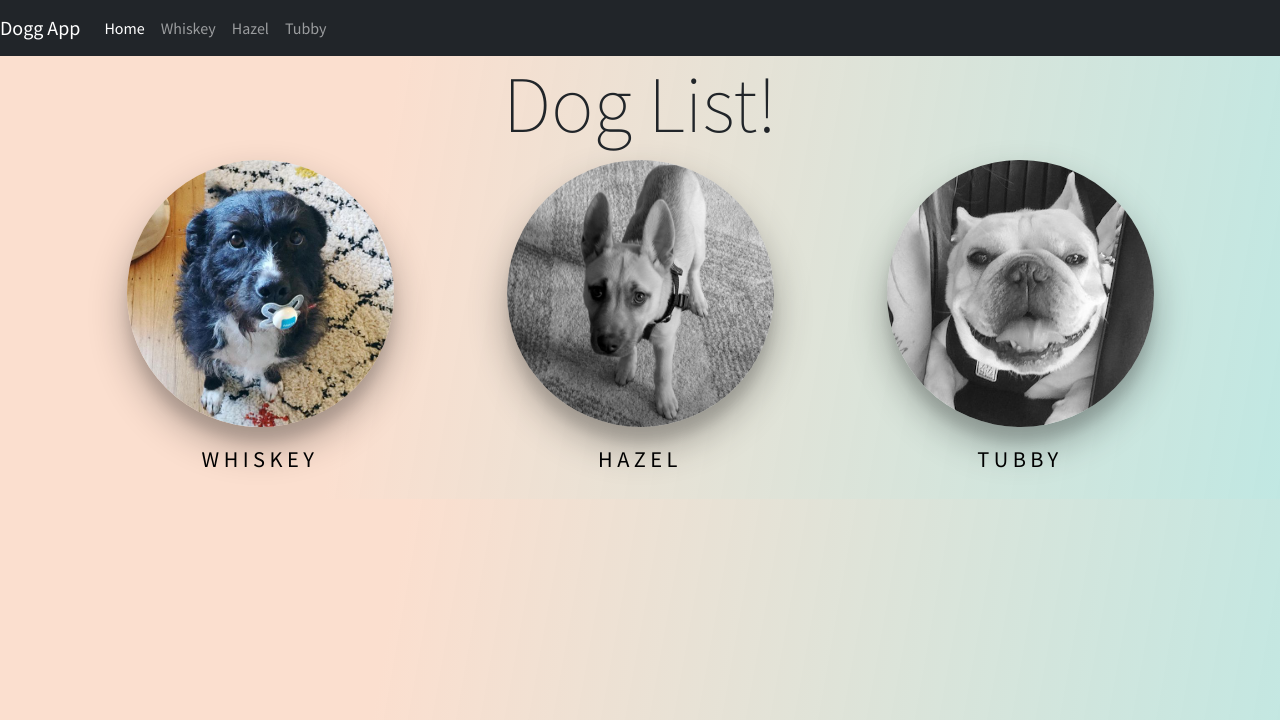
Repository: zhapar/dogs
Page: /dogs
These files come from the project's save history. The page is drawn as it stood at one moment and after a run of saves; the edit follows.
The browser window is 1280 px wide. The pictures show the whole page.
The pointer rests on the first visible `.Dog`.
The project was rebuilt for these pictures with package versions that can differ from the ones it lists, and the page was loaded fresh each time. A package was used in the major version that the imports need, not the one package.json lists. Also part of the build but not shown: src/DogDetails.js, src/App.css.

Above is the page before, as saved 2020-09-06 13:12:18.

### src/index.js
import React from "react";
import ReactDOM from "react-dom";
import "bootstrap";
import "bootstrap/dist/css/bootstrap.min.css";
import { BrowserRouter } from "react-router-dom";
import "./index.css";
import App from "./App";
import * as serviceWorker from "./serviceWorker";

ReactDOM.render(
  <React.StrictMode>
    <BrowserRouter>
      <App />
    </BrowserRouter>
  </React.StrictMode>,
  document.getElementById("root")
);

// If you want your app to work offline and load faster, you can change
// unregister() to register() below. Note this comes with some pitfalls.
// Learn more about service workers: https://bit.ly/CRA-PWA
serviceWorker.unregister();

### src/index.css
@import url('https://fonts.googleapis.com/css2?family=Source+Sans+Pro:wght@200;400&display=swap');

body {
  margin: 0;
  font-family: 'Source Sans Pro', sans-serif;
  -webkit-font-smoothing: antialiased;
  -moz-osx-font-smoothing: grayscale;
  background: linear-gradient(100deg,
      rgba(250, 215, 195, 0.8) 30%,
      #b0eae8 120%);
}

code {
  font-family: source-code-pro, Menlo, Monaco, Consolas, 'Courier New',
    monospace;
}

### src/App.js
import React, { Component } from "react";
import Navbar from "./Navbar";
import Routes from "./Routes";
import whiskey from "./images/whiskey.jpg";
import hazel from "./images/hazel.jpg";
import tubby from "./images/tubby.jpg";
import "./App.css";

class App extends Component {
  static defaultProps = {
    dogs: [
      {
        name: "Whiskey",
        age: 5,
        src: whiskey,
        facts: [
          "Whiskey loves eating popcorn.",
          "Whiskey is a terrible guard dog.",
          "Whiskey wants to cuddle with you!",
        ],
      },
      {
        name: "Hazel",
        age: 3,
        src: hazel,
        facts: [
          "Hazel has soooo much energy!",
          "Hazel is highly intelligent.",
          "Hazel loves people more than dogs.",
        ],
      },
      {
        name: "Tubby",
        age: 4,
        src: tubby,
        facts: [
          "Tubby is not the brightest dog",
          "Tubby does not like walks or exercise.",
          "Tubby loves eating food.",
        ],
      },
    ],
  };
  render() {
    return (
      <div>
        <Navbar dogs={this.props.dogs} />
        <div className="container">
          <Routes dogs={this.props.dogs} />
        </div>
      </div>
    );
  }
}

export default App;

### src/Navbar.js
import React, { Component } from "react";
import { NavLink, Link } from "react-router-dom";

class Navbar extends Component {
  render() {
    const dogLinks = this.props.dogs.map((dog) => (
      <li className="navbar-item" key={dog.name}>
        <NavLink exact to={`/dogs/${dog.name}`} className="nav-link">
          {dog.name}
        </NavLink>
      </li>
    ));
    return (
      <nav className="navbar navbar-expand-lg navbar-dark bg-dark">
        <Link to="/dogs" className="navbar-brand">
          Dogg App
        </Link>
        <button
          className="navbar-toggler"
          type="button"
          data-toggle="collapse"
          data-target="#navbarNav"
          aria-expanded="false"
          aria-label="Toggle navigation"
        >
          <span className="navbar-toggler-icon"></span>
        </button>
        <div className="collapse navbar-collapse" id="navbarNav">
          <ul className="navbar-nav">
            <li className="navbar-item">
              <NavLink exact to="/dogs" className="nav-link">
                Home
              </NavLink>
            </li>
            {dogLinks}
          </ul>
        </div>
      </nav>
    );
  }
}

export default Navbar;

### src/Routes.js
import React, { Component } from "react";
import { Switch, Route, Redirect } from "react-router-dom";
import DogList from "./DogList";
import DogDetails from "./DogDetails";

class Routes extends Component {
  render() {
    const getDog = (props) => {
      const name = props.match.params.name;
      const currentDog = this.props.dogs.find(
        (dog) => dog.name.toLowerCase() === name.toLowerCase()
      );
      return <DogDetails {...props} dog={currentDog} />;
    };
    return (
      <Switch>
        <Route
          exact
          path="/dogs"
          render={() => <DogList dogs={this.props.dogs} />}
        />
        <Route exact path="/dogs/:name" render={getDog} />
        <Redirect to="/dogs" />
      </Switch>
    );
  }
}

export default Routes;

### src/DogList.js
import React, { Component } from "react";
import { Link } from "react-router-dom";
import "./DogList.css";

class DogList extends Component {
  render() {
    return (
      <div className="DogList">
        <h1 className="display-1 text-center">Dog List!</h1>
        <div className="row">
          {this.props.dogs.map((d) => (
            <div className="Dog col-md-6 col-lg-4 text-center" key={d.name}>
              <img src={d.src} alt={d.name} />
              <h3>
                <Link className="underline" to={`/dogs/${d.name}`}>
                  {d.name}
                </Link>
              </h3>
            </div>
          ))}
        </div>
      </div>
    );
  }
}

export default DogList;

### src/DogList.css
.Dog img {
  width: 75%;
  border-radius: 50%;
  filter: grayscale();
  box-shadow: 0 19px 38px rgba(0, 0, 0, 0.3), 0 15px 12px rgba(0, 0, 0, 0.1);
}

.Dog:hover img {
  filter: none;
}

.Dog .underline {
  text-decoration: none;
  border: 4px solid transparent;
  display: inline-block;
  vertical-align: top;
  line-height: 36px;
  text-transform: uppercase;
  color: #000000;
  letter-spacing: 0.2em;
  text-align: center;
  font-size: 1.4rem;
  margin: 10px;
  position: relative;
}

.Dog .underline::after {
  width: 0%;
  height: 4px;
  display: block;
  background-color: #ffffff;
  content: '';
  position: absolute;
  top: 34px;
  left: 50%;
  transition: left 0.4s cubic-bezier(0.215, 0.61, 0.355, 1),
    width 0.4s cubic-bezier(0.215, 0.61, 0.355, 1);
}

Loaded but not shown: public/index.html (common file); src/serviceWorker.js (common file); public/manifest.json (common file)

After the next 2 saves:
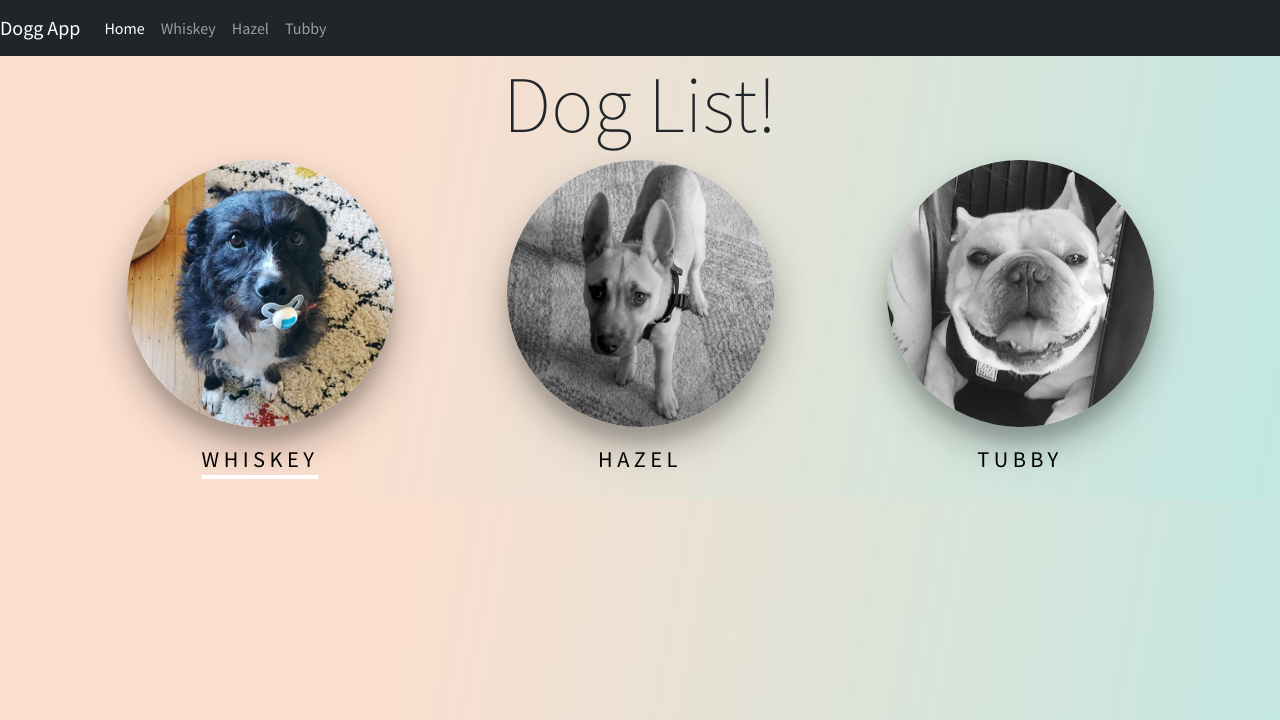
The 2 saves are shown as one change because they came seconds apart.
The last was saved 33 s later.
--- a/src/DogList.css
+++ b/src/DogList.css
@@ -36,3 +36,9 @@
   transition: left 0.4s cubic-bezier(0.215, 0.61, 0.355, 1),
     width 0.4s cubic-bezier(0.215, 0.61, 0.355, 1);
 }
+
+.Dog:hover .underline::after {
+  width: 100%;
+  top: 34px;
+  left: 0;
+}
